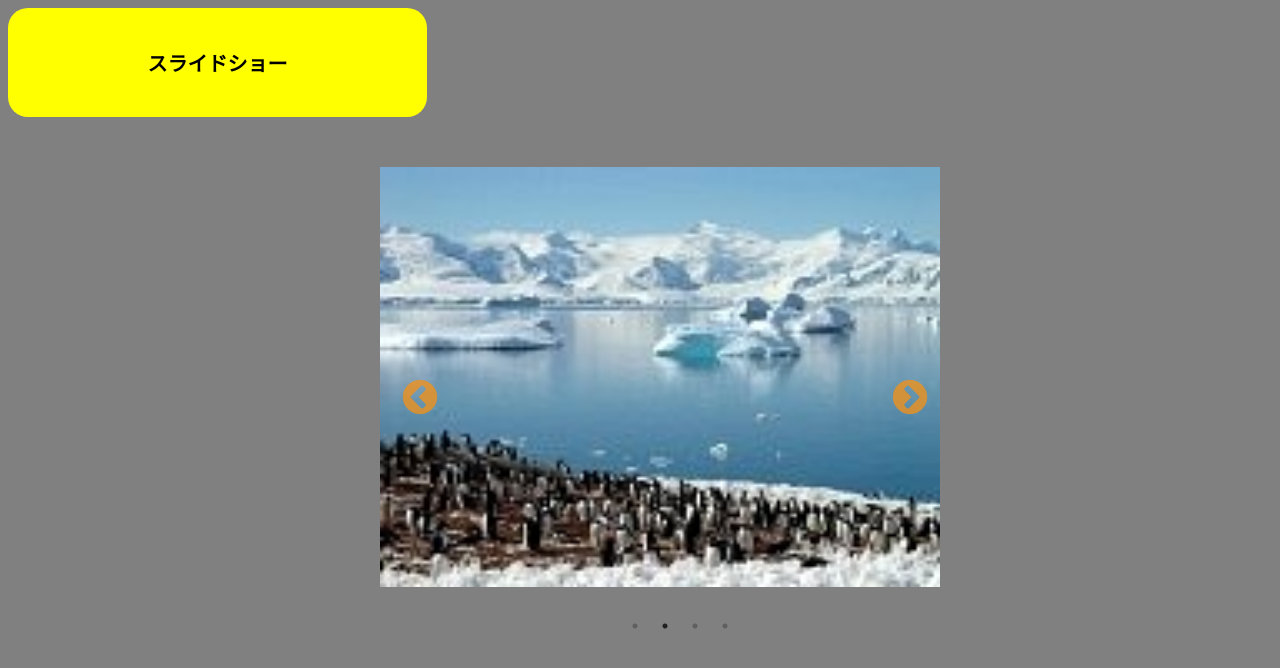
Repository: uemura-15/slideShow
Page: contents/index.html
The author's editor kept a record of every edit. The page is drawn from the files as they stood at one moment, then again after the next edit.
The browser window is 1280 px wide. The pictures show the whole page.

Above is the page before.

### contents/index.html
<!DOCTYPE html>
<html lang="en">
    <head>
        <meta charset="UTF-8">
        <link rel="stylesheet" type="text/css" href="css/style.css">
        <link rel="stylesheet" type="text/css" href="css/slick.css">
        <link rel="stylesheet" type="text/css" href="css/slick-theme.css">
        <title>スライドショー</title>
    </head>

    <body>
        <div class="font">
        <h3>スライドショー</h3>
        </div>
        <ul class="slider">
         <li><img src="img/brd0026-024.jpg" alt="画像1"/></li>
         <li><img src="img/kkaplin080700002.jpg" alt="画像2"/></li>
         <li><img src="img/yam0042-013.jpg" alt="画像3"/></li>
       　<li><img src="img/yuu0019-002.jpg" alt="画像４"></li>
       </ul>
       <script src="https://ajax.googleapis.com/ajax/libs/jquery/3.5.1/jquery.min.js"></script>
       <script src="js/slick.min.js"></script>
       <script>
           $(document).ready(function(){
            $('.slider').slick({
                dots: true,
                autoplay: true,
                autoplaySpeed: 4000,
                speed: 500,
                fade: true,
                pauseOnHover: false,

            });
});


       </script>
    </body>
</html>

### contents/css/style.css
.slider{
    width: 600px;
    margin: 50px auto;
}

img {
  width: 100%;
}

.font {
    width: 30%;
    padding: 20px;
    background-color: yellow;
    border-radius: 20px;
    background-position: center;
}

h3 {
    text-align: center;
    font-size: 20px;
}

ul,li {
    list-style: none;
}

body {
    background-color: gray;
}

Loaded but not shown: contents/css/slick.css (common file); contents/css/slick-theme.css (library); contents/js/slick.min.js (library)

After the next edit:
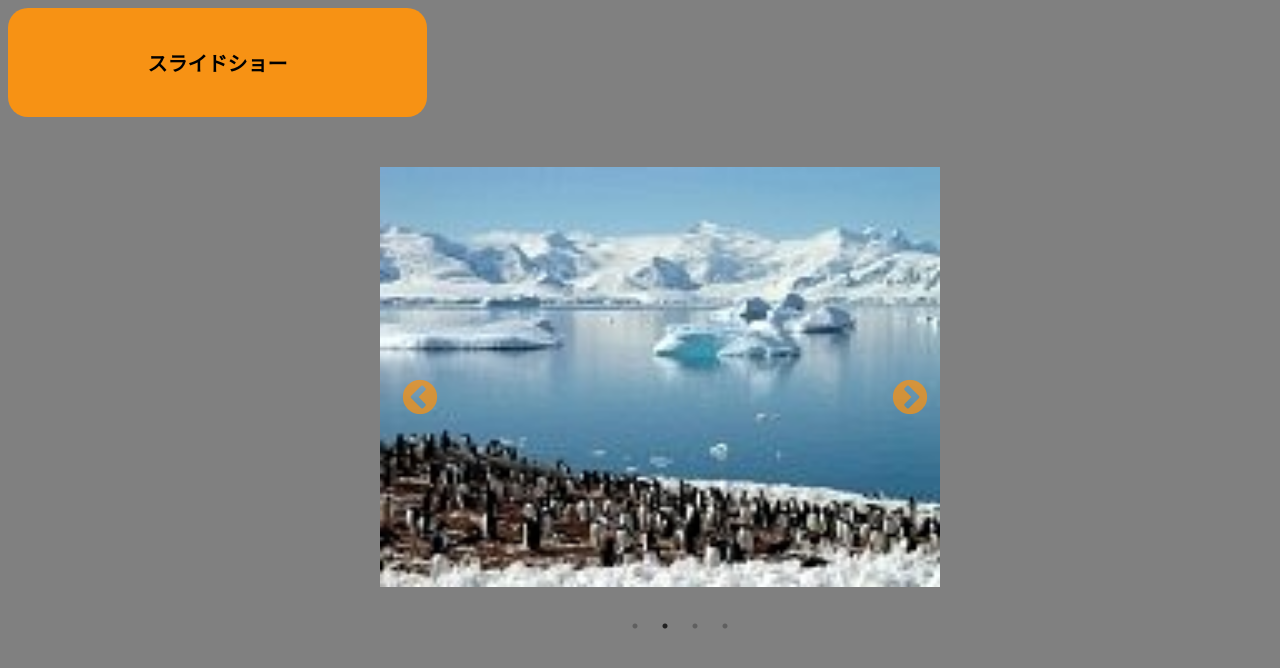
The edit:
--- a/contents/css/style.css
+++ b/contents/css/style.css
@@ -10,7 +10,7 @@
 .font {
     width: 30%;
     padding: 20px;
-    background-color: yellow;
+    background-color: #f79214;
     border-radius: 20px;
     background-position: center;
 }
